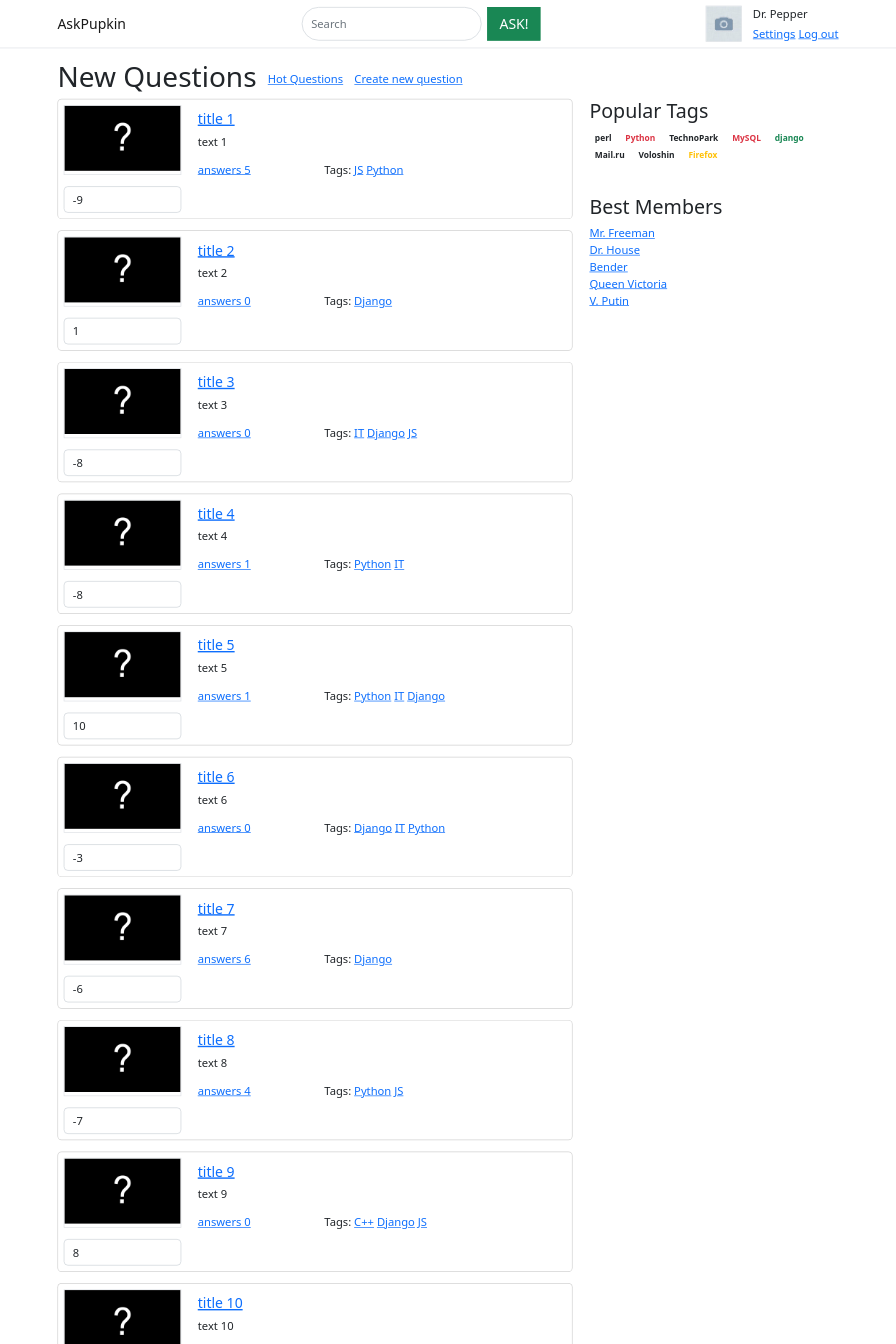
Repository: MiniDan21/askme_molchanov_django
Page: http://localhost/
An editor plug-in stored every save of this project. The page is shown before and after the next save, followed by the edit.
The browser window is 1280 px wide. The pictures show the part of the page from y = 0 to 1920 px (the page is 5647 px tall), at 70% of full size.
The page is served by the project's application, run on Django 5.2 (manage.py).

Above is the page before, as saved 2024-04-09 18:50:33.

After the next save:
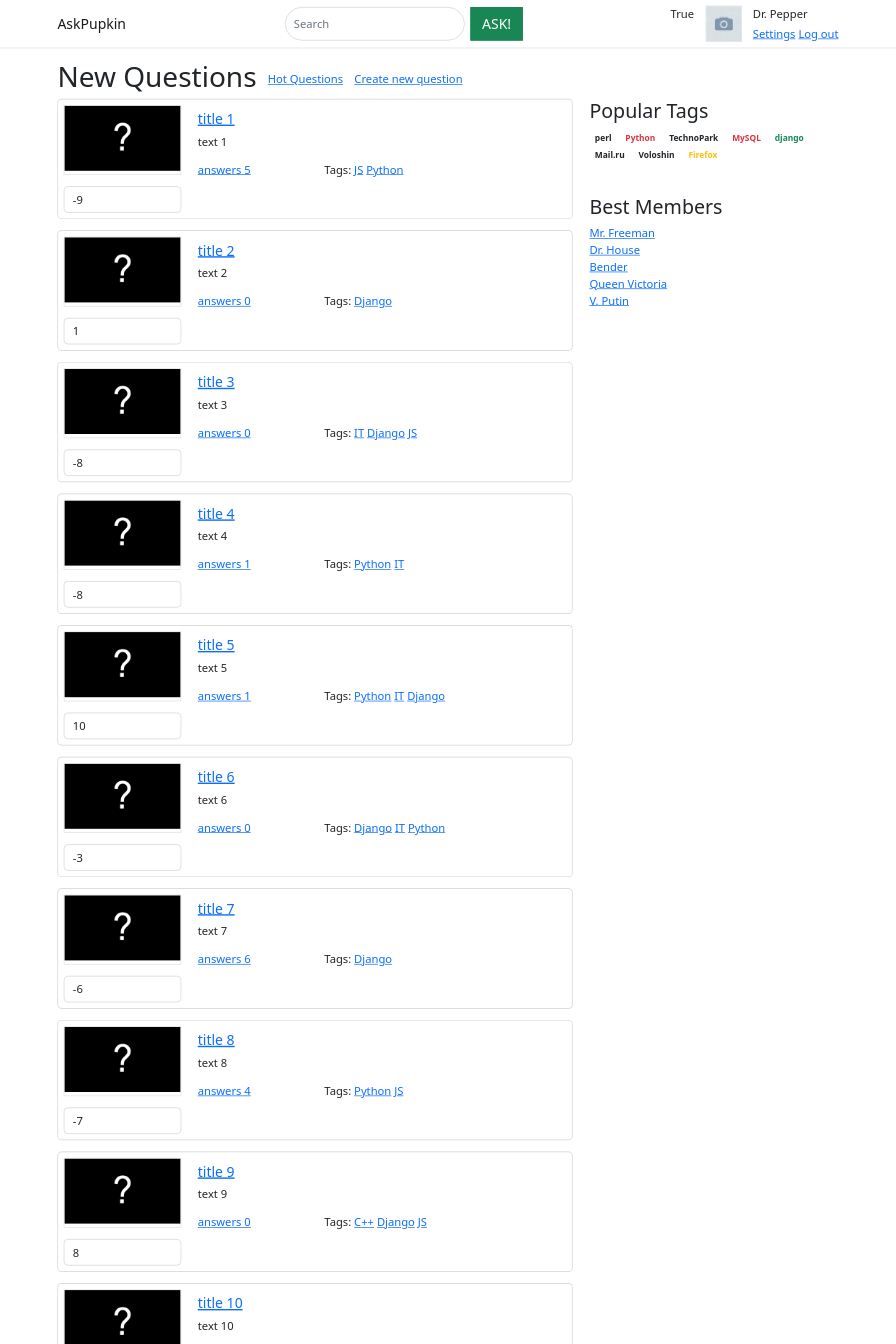
Saved 14 s later.
--- a/templates/layouts/loged_in.html
+++ b/templates/layouts/loged_in.html
@@ -1,3 +1,4 @@
+{{authed}}
 {% if authed %}
 <div class="border">
   <img
